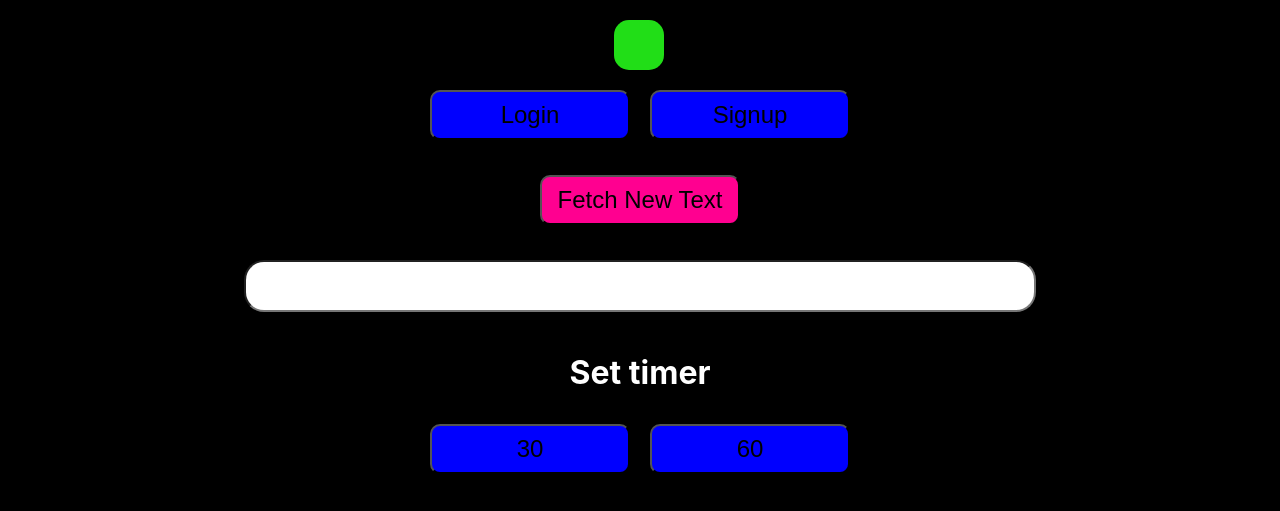
Repository: abhaysharma20233009/swiftKey
Page: / (app in frontend/my-app/)
The author's editor kept a copy of each file at every save. The page is drawn from the files as they stood at one save, then again after the next save.
The browser window is 1280 px wide. The pictures show the whole page.
The page's requests for data from a server got no answer. The project was rebuilt for these pictures with package versions that can differ from the ones it lists, and the page was loaded fresh each time. No one was signed in, and anything a server would have sent is missing. Also part of the build but not shown: frontend/my-app/src/Results.js, frontend/my-app/src/Login.js, frontend/my-app/src/Signup.js.

Above is the page before, as saved 2024-10-10 21:03:20.

After the next save:
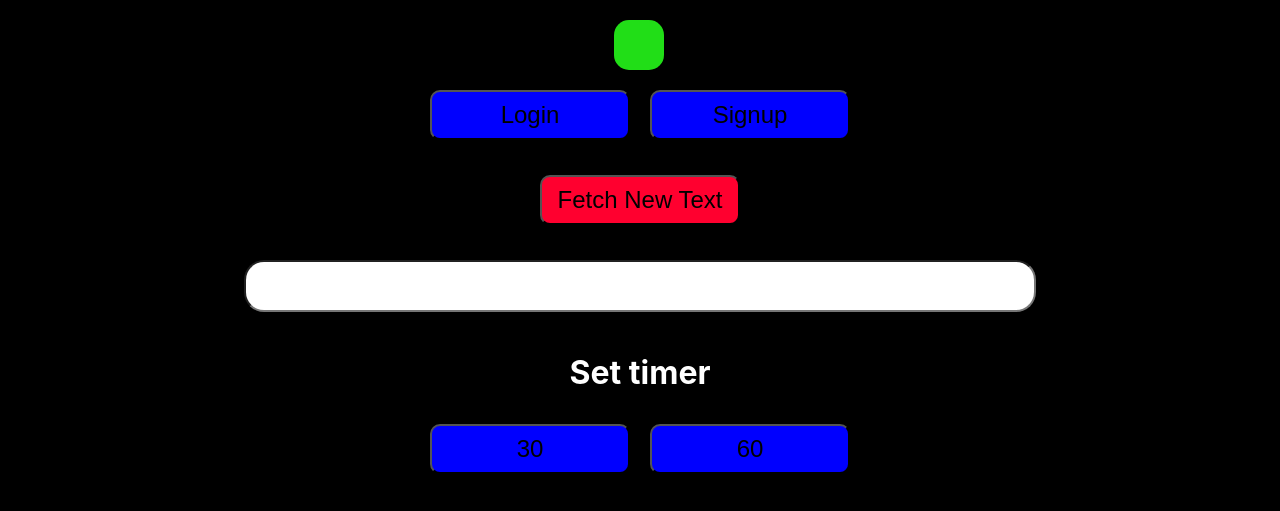
Saved 102 s later.
--- a/frontend/my-app/src/App.css
+++ b/frontend/my-app/src/App.css
@@ -73,7 +73,7 @@ body{
   color:black;
   margin-left: 10px;
   margin-right: 10px;
-  background-color: rgb(255, 0, 144);
+  background-color: rgb(255, 0, 47);
   border-radius: 10px;
   height:50px;
   width:200px;
